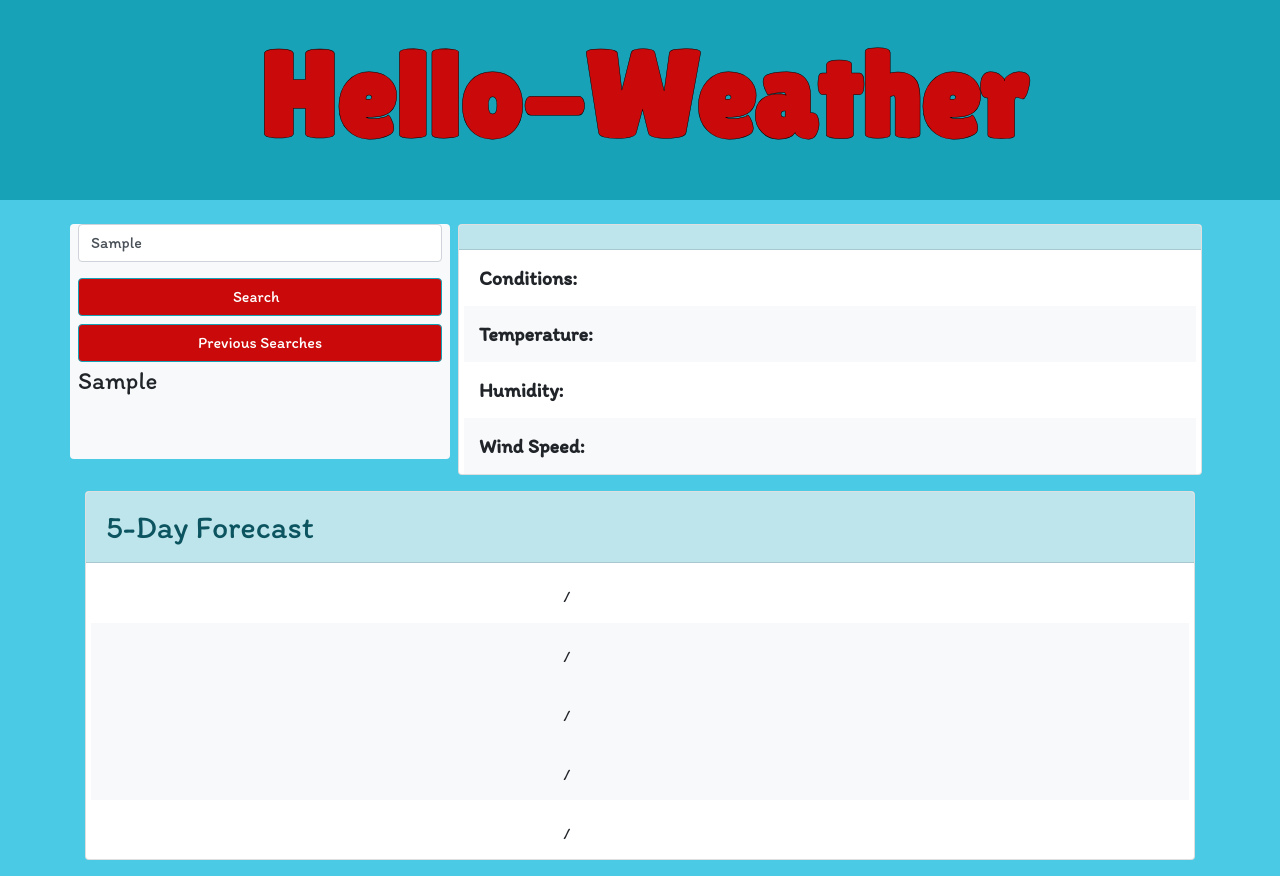
Repository: Jazinha/Hello-kitty-weather
Page: index.html
These files come from the project's save history. The page is drawn as it stood at one moment and after the next save; the edit follows.
The browser window is 1280 px wide. The pictures show the whole page.
Empty fields were first filled with sample values (such as "Sample", 5 or name@example.com).
After loading, the first visible `#search-btn` was clicked once.
The page's requests for data from a server got no answer. Some web libraries are served in a nearby version.

Above is the page before, as saved 2023-02-08 02:45:36.

After the next save:
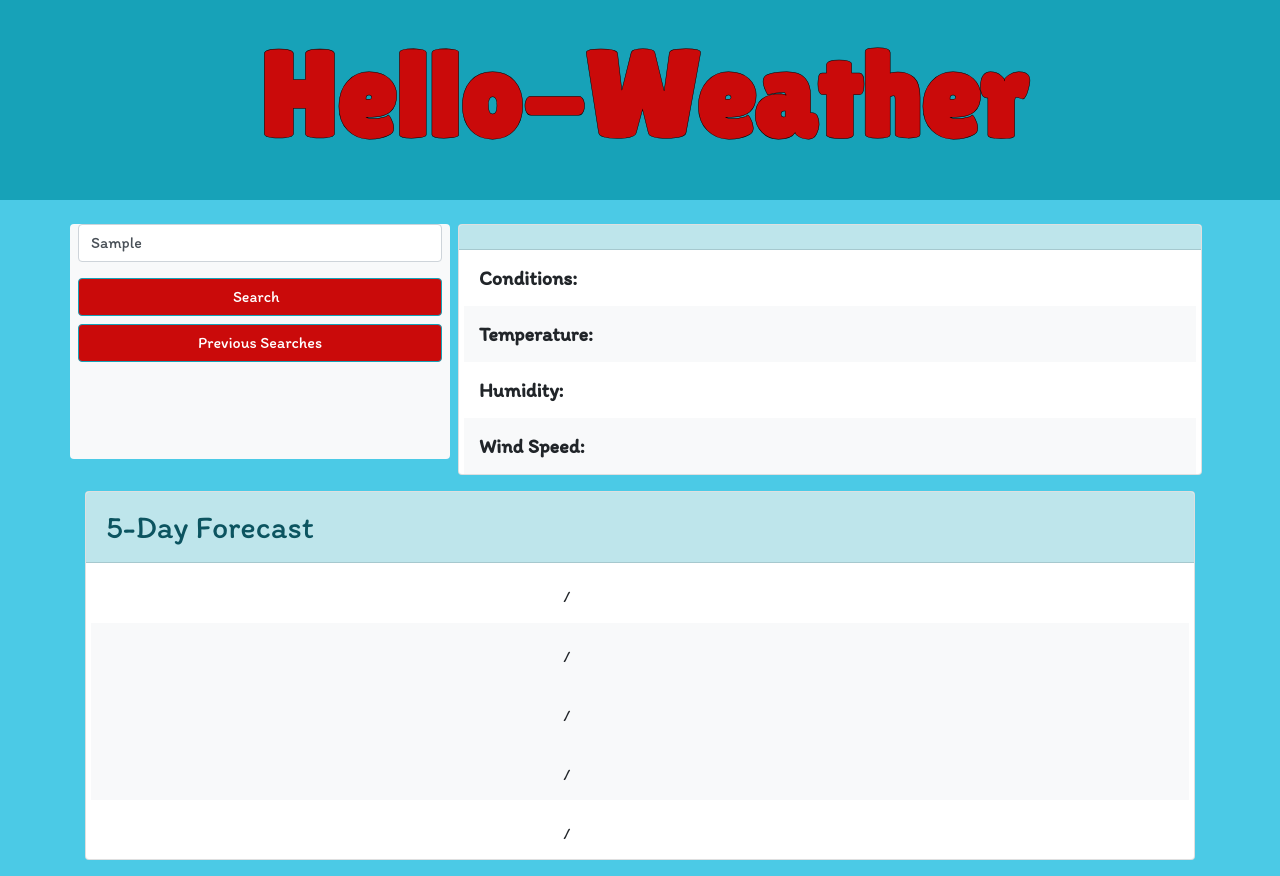
Console error: ReferenceError: element is not defined
Saved 85 s later.
--- a/script.js
+++ b/script.js
@@ -5,9 +5,7 @@
     const textNode = document.createTextNode(city);
 
     a.appendChild(textNode);
-    a.addEventListener("click", () => {
-        fetchWeather(city);
-    })
+    element.classList.add("history-link");
     searchDisplay.appendChild(a);
 
     var oldCities = localStorage.getItem("cities");

After the save that followed:
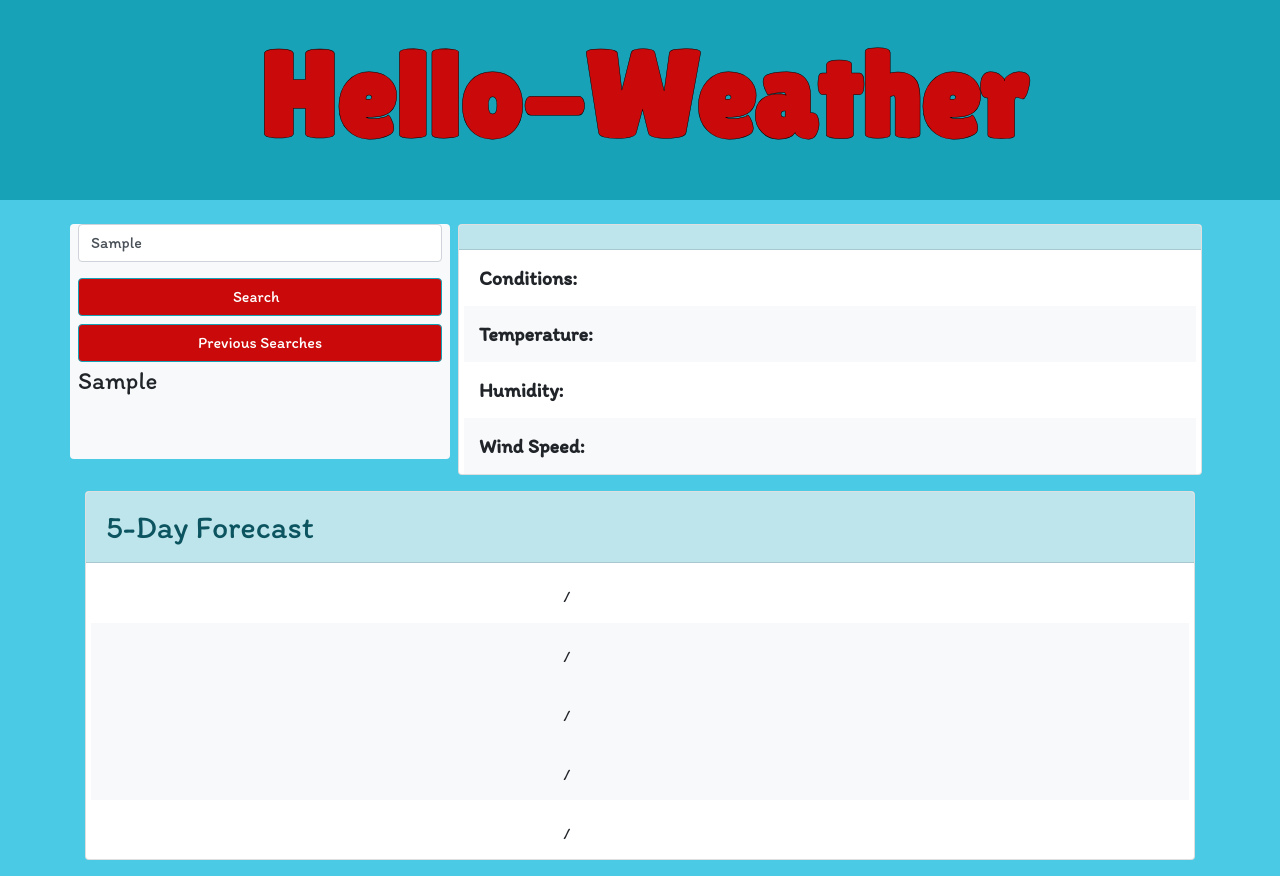
The error is gone.
Saved 15 s later.
--- a/script.js
+++ b/script.js
@@ -5,7 +5,7 @@
     const textNode = document.createTextNode(city);
 
     a.appendChild(textNode);
-    element.classList.add("history-link");
+
     searchDisplay.appendChild(a);
 
     var oldCities = localStorage.getItem("cities");
